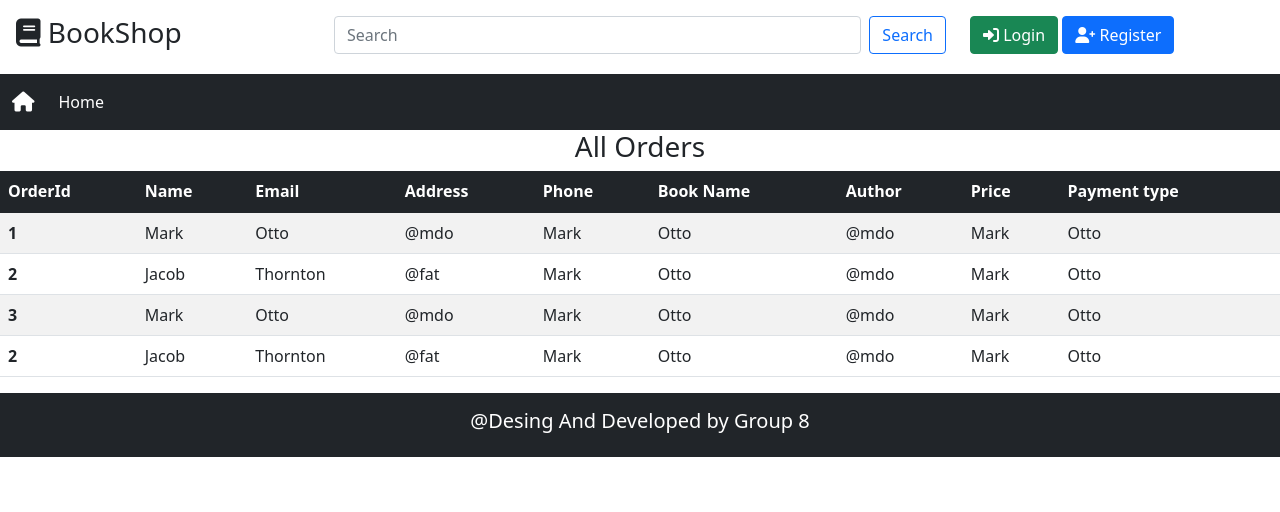
Repository: Abhishekverma23797/BookShopApp
Page: http://localhost/Ebook-App/Admin/orders.jsp
The author's editor kept a copy of each file at every save. The page is drawn from the files as they stood at one save, then again after the next save.
The browser window is 1280 px wide. The pictures show the whole page.
The page is served by Tomcat 9.

Above is the page before, as saved 2021-12-09 10:45:56.

After the next save:
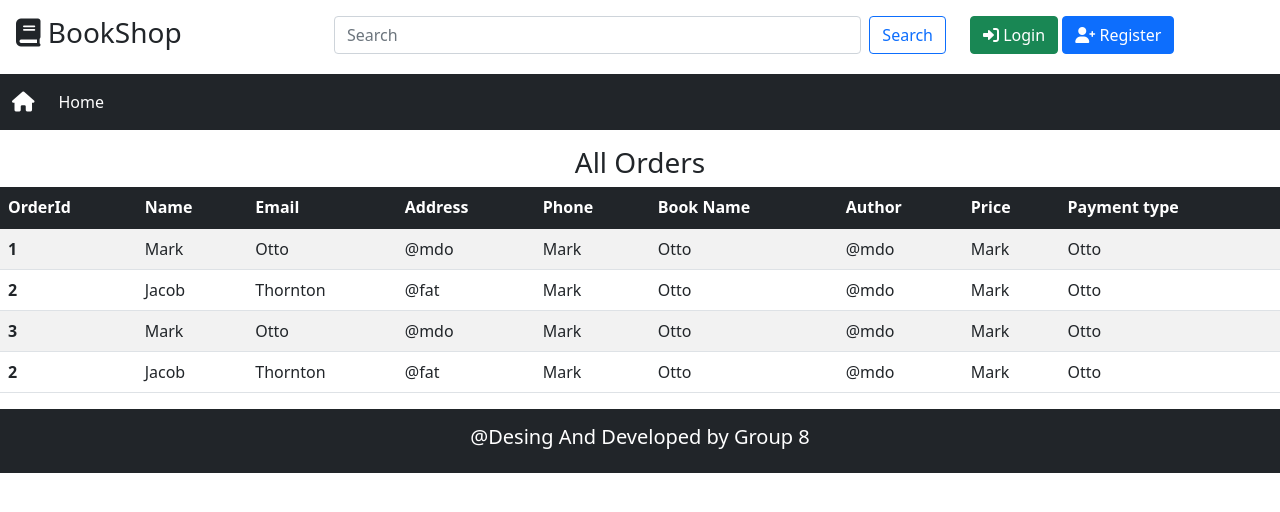
Saved 29 s later.
--- a/Ebook-App/src/main/webapp/Admin/orders.jsp
+++ b/Ebook-App/src/main/webapp/Admin/orders.jsp
@@ -9,7 +9,7 @@
 
 </head>
 <%@include file="navbar.jsp"%>
-<h3 class="text-center">All Orders</h3>
+<h3 class="text-center mt-3">All Orders</h3>
 
 <table class="table table-striped table-hover ">
 	<thead class="table-dark">

After the save that followed:
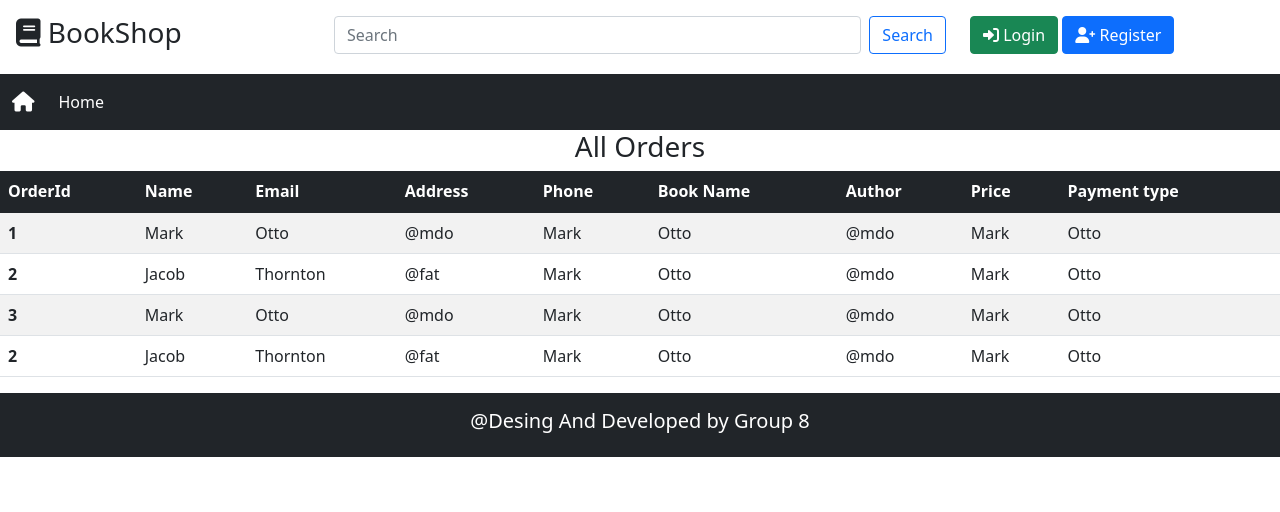
Saved 15 s later.
--- a/Ebook-App/src/main/webapp/Admin/orders.jsp
+++ b/Ebook-App/src/main/webapp/Admin/orders.jsp
@@ -9,7 +9,7 @@
 
 </head>
 <%@include file="navbar.jsp"%>
-<h3 class="text-center mt-3">All Orders</h3>
+<h3 class="text-center ">All Orders</h3>
 
 <table class="table table-striped table-hover ">
 	<thead class="table-dark">
